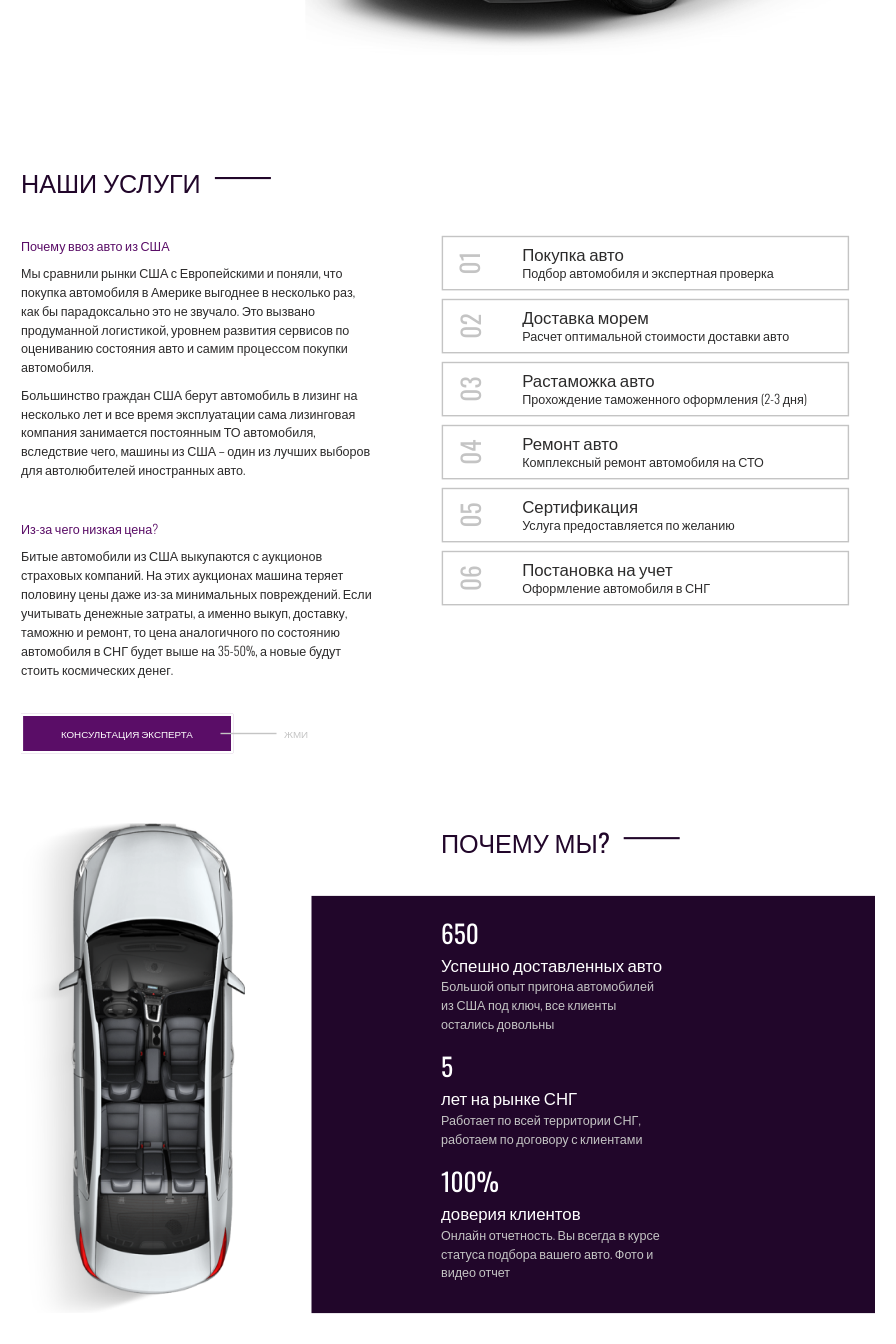
Repository: AlexandrLewandowski/site-1
Page: index.html
These files come from the project's save history. The page is drawn as it stood at one moment and after the next save; the edit follows.
The browser window is 1280 px wide. The pictures show the part of the page from y = 817 to 2737 px (the page is 4024 px tall before and 897 px after), at 70% of full size.

Above is the page before, as saved 2024-05-08 15:47:17.

### index.html
<!DOCTYPE html>
<html lang="en">

<head>
    <meta charset="UTF-8">
    <meta name="viewport" content="width=device-width, initial-scale=1.0">
    <meta http-equiv="X-UA-Compatible" content="ie=edge">
    <title>Mustang</title>
    <link rel="preconnect" href="https://fonts.googleapis.com">
    <link rel="preconnect" href="https://fonts.gstatic.com" crossorigin>
    <link href="https://fonts.googleapis.com/css2?family=Oswald:wght@300;400&display=swap" rel="stylesheet">
    <link rel="stylesheet" href="css/reset.css">
    <link rel="stylesheet" href="css/slick.css">
    <link rel="stylesheet" href="css/jquery.fancybox.css">
    <link rel="stylesheet" href="css/style.css">
</head>

<body>

    <header class="header">
        <div class="container">
            <div class="header__top">
                <a class="logo" href="#">
                    <img class="logo__img" src="images/logo.svg" alt="logo">
                </a>
                <a class="phone" href="tel:88005553535">8-800-555-35-35</a>
            </div>
            <div class="header__content">
                <h1 class="header__title">
                    Авто из США "под ключ"
                </h1>
                <h2 class="header__subtitle">
                    Закажи себе авто из США с выгодой до 40%
                </h2>
                <p class="header__text">
                    Покупка, доставка, растаможка, ремонт и оформление по договору
                </p>
                <a class="button" href="#">консультация эксперта</a>
                <div class="social header__social">
                    <a class="social__link" href="#">
                        <img class="social__img" src="images/icon/instagram.svg" alt="">
                    </a>
                    <a class="social__link" href="#">
                        <img class="social__img" src="images/icon/telegram.svg" alt="">
                    </a>
                    <a class="social__link" href="#">
                        <img class="social__img" src="images/icon/whatsapp.svg" alt="">
                    </a>
                    <a class="social__link" href="#">
                        <img class="social__img" src="images/icon/facebook.svg" alt="">
                    </a>
                </div>
                <img class="header__images" src="images/ford-mustang.png" alt="ford mustang">
            </div>
        </div>
    </header>

    <section class="services">
        <div class="container">
            <h2 class="title">Наши услуги</h2>
            <div class="services__inner">
                <div class="services__content">
                    <div class="services__content-box">
                        <h6 class="services__content-title">
                            Почему ввоз авто из США
                        </h6>
                        <div class="services__content-textbox">
                            <p class="services__content-text">
                                Мы сравнили рынки США с Европейскими и поняли, что покупка автомобиля в Америке выгоднее
                                в несколько раз, как бы парадоксально это не звучало. Это вызвано продуманной
                                логистикой, уровнем развития сервисов по оцениванию состояния авто и самим процессом
                                покупки автомобиля.
                            </p>
                            <p class="services__content-text">
                                Большинство граждан США берут автомобиль в лизинг на несколько лет и все время
                                эксплуатации сама лизинговая компания занимается постоянным ТО автомобиля, вследствие
                                чего, машины из США – один из лучших выборов для автолюбителей иностранных авто.
                            </p>
                        </div>
                    </div>
                    <div class="services__content-box">
                        <h6 class="services__content-title">
                            Из-за чего низкая цена?
                        </h6>
                        <div class="services__content-textbox">
                            <p class="services__content-text">
                                Битые автомобили из США выкупаются с аукционов страховых компаний. На этих аукционах
                                машина теряет половину цены даже из-за минимальных повреждений. Если учитывать денежные
                                затраты, а именно выкуп, доставку, таможню и ремонт, то цена аналогичного по состоянию
                                автомобиля в СНГ будет выше на 35-50%, а новые будут стоить космических денег.
                            </p>
                        </div>
                    </div>
                    <a class="button button--decor" href="#">консультация эксперта</a>
                </div>
                <ol class="services__list">
                    <li class="services__item">
                        <p class="services__item-title">Покупка авто</p>
                        <p class="services__item-text">Подбор автомобиля и экспертная проверка</p>
                    </li>
                    <li class="services__item">
                        <p class="services__item-title">Доставка морем</p>
                        <p class="services__item-text">Расчет оптимальной стоимости доставки авто</p>
                    </li>
                    <li class="services__item">
                        <p class="services__item-title">Растаможка авто</p>
                        <p class="services__item-text">Прохождение таможенного оформления (2-3 дня)</p>
                    </li>
                    <li class="services__item">
                        <p class="services__item-title">Ремонт авто</p>
                        <p class="services__item-text">Комплексный ремонт автомобиля на СТО</p>
                    </li>
                    <li class="services__item">
                        <p class="services__item-title">Сертификация</p>
                        <p class="services__item-text">Услуга предоставляется по желанию</p>
                    </li>
                    <li class="services__item">
                        <p class="services__item-title">Постановка на учет</p>
                        <p class="services__item-text">Оформление автомобиля в СНГ</p>
                    </li>
                </ol>
            </div>
        </div>
    </section>
    <section class="benefits">
        <div class="container">
            <div class="benefits__inner">
                <img CLASS="benefits__images" src="images/car.png" alt="car">
                <div class="benefits__content">
                    <h2 class="title benefits__title">Почему мы?</h2>
                    <ul class="benefits__list">
                        <li class="benefits__item">
                            <p class="benefits__item-num">
                                650
                            </p>
                            <p class="benefits__item-title">Успешно доставленных авто</p>
                            <p class="benefits__item-text">Большой опыт пригона автомобилей из США под ключ, все клиенты
                                остались довольны</p>
                        </li>
                        <li class="benefits__item">
                            <p class="benefits__item-num">
                                5
                            </p>
                            <p class="benefits__item-title">лет на рынке СНГ</p>
                            <p class="benefits__item-text">Работает по всей территории СНГ, работаем по договору с
                                клиентами</p>
                        </li>
                        <li class="benefits__item">
                            <p class="benefits__item-num">
                                100%
                            </p>
                            <p class="benefits__item-title">доверия клиентов</p>
                            <p class="benefits__item-text">Онлайн отчетность. Вы всегда в курсе статуса подбора вашего
                                авто. Фото и видео отчет</p>
                        </li>
                    </ul>
                </div>
            </div>
        </div>
    </section>
    <section class="carousel">
        <div class="container">
            <h2 class="title">
                Пригнанные нами авто
            </h2>
            <div class="carousel__inner">
                <div class="carousel__item">
                    <div class="carousel__item-box">
                        <img class="carousel__item-img" src="images/carousel/1.jpg" alt="carousel1">
                        <h4 class="carousel__item-title">INFINITI WX50 2016г.</h4>
                        <p class="carousel__item-text">Экономия 4500$</p>
                    </div>
                </div>
                <div class="carousel__item">
                    <div class="carousel__item-box">
                        <img class="carousel__item-img" src="images/carousel/2.jpg" alt="carousel2">
                        <h4 class="carousel__item-title">TESLA MODEL 3 2018г.</h4>
                        <p class="carousel__item-text">Экономия 5500$</p>
                    </div>
                </div>
                <div class="carousel__item">
                    <div class="carousel__item-box">
                        <img class="carousel__item-img" src="images/carousel/3.jpg" alt="carousel3">
                        <h4 class="carousel__item-title">TESLA MODEL 3 2018г.</h4>
                        <p class="carousel__item-text">Экономия 5000$</p>
                    </div>
                </div>
                <div class="carousel__item">
                    <div class="carousel__item-box">
                        <img class="carousel__item-img" src="images/carousel/1.jpg" alt="carousel1">
                        <h4 class="carousel__item-title">INFINITI QX50 2017г.</h4>
                        <p class="carousel__item-text">Экономия 5000$</p>
                    </div>
                </div>
                <div class="carousel__item-box">
                    <img class="carousel__item-img" src="images/carousel/2.jpg" alt="carousel2">
                    <h4 class="carousel__item-title">INFINITI WX50 2016г.</h4>
                    <p class="carousel__item-text">Экономия 4500$</p>
                </div>
                <div class="carousel__item">
                    <div class="carousel__item-box">
                        <img class="carousel__item-img" src="images/carousel/3.jpg" alt="carousel3">
                        <h4 class="carousel__item-title">TESLA MODEL 3 2018г.</h4>
                        <p class="carousel__item-text">Экономия 5500$</p>
                    </div>
                </div>
                <div class="carousel__item">
                    <div class="carousel__item-box">
                        <img class="carousel__item-img" src="images/carousel/1.jpg" alt="carousel1">
                        <h4 class="carousel__item-title">TESLA MODEL 3 2018г.</h4>
                        <p class="carousel__item-text">Экономия 4500$</p>
                    </div>
                </div>
                <div class="carousel__item">
                    <div class="carousel__item-box">
                        <img class="carousel__item-img" src="images/carousel/2.jpg" alt="carousel2">
                        <h4 class="carousel__item-title">INFINITI QX50 2017г.</h4>
                        <p class="carousel__item-text">Экономия 5000$</p>
                    </div>
                </div>
            </div>
        </div>
    </section>
    <section class="contacts">
        <div class="container">
            <div class="contacts__inner">
                <div class="contacts__info">
                    <h2 class="title">
                        Контакты
                    </h2>
                    <ul class="contacts__list">
                        <li class="contacts__item">
                            <p class="contacts__item-title">Адрес</p>
                            <p class="contacts__item-text">г. Москва<br> ул. Академика Королёва, д. 12</p>
                        </li>
                        <li class="contacts__item">
                            <p class="contacts__item-title">Время работы</p>
                            <p class="contacts__item-text">Пн-Сб: с 09:00 до 19:00,<br>
                                Вс: выходной
                            </p>
                        </li>
                        <li class="contacts__item">
                            <p class="contacts__item-title">Телефон</p>
                            <p class="contacts__item-text">8-800-555-35-35</p>
                        </li>
                    </ul>
                </div>
                <form action="" class="contacts__form">
                    <h2 class="title contacts__title">Оставить заявку</h2>
                    <input class="contacts__input" type="text" placeholder="Как Вас зовут">
                    <input class="contacts__input" type="text" placeholder="Ваш номер телефона">
                    <button class="contacts__btn button" type="submit">Отправить заявку</button>
                </form>
            </div>
        </div>
    </section>
    <footer class="footer">
        <div class="container">
            <div class="footer__inner">
                <a class="logo" href="#">
                    <img class="logo__img" src="images/logo.svg" alt="logo">
                </a>
                <div class="social">
                    <a class="social__link" href="#">
                        <img class="social__img" src="images/icon/instagram.svg" alt="">
                    </a>
                    <a class="social__link" href="#">
                        <img class="social__img" src="images/icon/telegram.svg" alt="">
                    </a>
                    <a class="social__link" href="#">
                        <img class="social__img" src="images/icon/whatsapp.svg" alt="">
                    </a>
                    <a class="social__link" href="#">
                        <img class="social__img" src="images/icon/facebook.svg" alt="">
                    </a>
                </div>
                <a class="footer__copy">Политика конфиденциальности</a>
            </div>
        </div>
    </footer>

    <script src="https://ajax.googleapis.com/ajax/libs/jquery/3.4.1/jquery.min.js"></script>
    <script src="js/slick.min.js"></script>
    <script src="js/jquery.fancybox.min.js"></script>
    <script src="js/main.js"></script>
</body>

</html>

### css/style.css
*,
*::after *::before {
    box-sizing: border-box;
}

body {
    font-family: "Oswald", sans-serif;
    font-size: 18px;
    line-height: 27px;
    font-weight: 300;
    color: #2C2B2B;
}

a {
    text-decoration: none;
    color: inherit;
    display: inline-block;
}

.container {
    max-width: 1220px;
    margin: 0 auto;
    padding: 0 10px;
}

.header {
    background-image: url(../images/header-bg.jpg);
    background-repeat: no-repeat;
    background-size: cover;
    background-position: top center;
    min-height: 700px;
    color: #fff;
}

.header__top {
    padding: 47px 0 46px;
    display: flex;
    justify-content: space-between;
    align-items: center;
}

.phone {
    font-weight: 400;
    font-size: 36px;
    line-height: 54px;
}

.header__content {
    padding-top: 60px;
    position: relative;
}

.header__title {
    font-size: 72px;
    font-weight: 400;
    line-height: 107px;
    text-transform: uppercase;
}

.header__subtitle {
    font-size: 36px;
    line-height: 54px;
    font-weight: 400;
    text-transform: uppercase;
    margin-bottom: 30px;
}

.header__text {
    margin-bottom: 30px;
    max-width: 800px;
}

.button {
    font-size: 14px;
    line-height: 21px;
    text-transform: uppercase;
    padding: 14px 54px 15px;
    background-color: #5A0D67;
    transition: all .5s;
}

.button:hover {
    color: #5A0D67;
    background-color: #fff;
}

.header__social {
    padding: 70px 0 20px 70px;
}

.social {
    display: flex;
    align-items: center;
}

.social__link {
    margin: 0 5px;
}

.header__images {
    position: absolute;
    right: 0;
    bottom: -265px;
}

.services {
    padding-top: 350px;
}

.title {
    color: #21062A;
    font-size: 36px;
    line-height: 54px;
    font-weight: 400;
    text-transform: uppercase;
    margin-bottom: 50px;
    position: relative;
}

.title::after {
    content: '';
    width: 80px;
    height: 3px;
    background-color: #21062A;
    position: absolute;
    top: 20px;
    margin-left: 20px;
}

.services__inner {
    display: flex;
    margin-bottom: 100px;
}

.services__content {
    width: 505px;
    margin-right: 96px;
}


.services__content-title {
    color: #5A0D67;
    font-size: 18px;
    line-height: 27px;
    font-weight: 300;
    margin-bottom: 12px;
}

.services__content-textbox {
    margin-bottom: 57px;
}

.services__content-text {
    margin-bottom: 12px;
}

.button--decor {
    margin-top: -7px;
    color: #fff;
    border: solid;
    position: relative;
}

.button--decor::after {
    content: 'ЖМИ';
    color: #c4c4c4;
    margin-left: 130px;
    position: absolute;
}

.button--decor::before {
    content: '';
    width: 80px;
    height: 2px;
    background-color: #c4c4c4;
    position: absolute;
    right: -65px;
    top: 24px;
}

.services__list {
    list-style: none;
    counter-reset: my-counter;
}

.services__item {
    counter-increment: my-counter;
    border: 2px solid #c4c4c4;
    margin-bottom: 12px;
    width: 450px;
    padding: 10px 15px 10px 113px;
    position: relative;
    transition: all .5s;
    cursor: pointer;
}

.services__item::before {
    content: '0'counter(my-counter);
    position: absolute;
    left: 20px;
    font-size: 36px;
    line-height: 54px;
    font-weight: 400;
    color: #c4c4c4;
    transform: rotate(270deg);
    transition: all .5s;
}

.services__item:hover {
    border: 2px solid #5a0D67;
}

.services__item:hover services__item-title {
    color: #5A0D67;
    width: 500px;
}

.services__item:hover::before {
    color: #5A0D67;
}

.services__item-title {
    font-size: 24px;
    font-weight: 300;
}

.benefits {
    margin-bottom: 100px;
}

.benefits__inner {
    display: flex;
}

.benefits__images {
    margin-right: 95px;
}

.benefits__content {
    width: 100%;
    color: #fff;
}

.benefits__title {
    margin-left: 185px;
}

.benefits__list {
    list-style: none;
    background-color: #21062A;
    padding: 25px 0 25px 185px;
}

.benefits__item {
    width: 320px;
    margin-bottom: 20px;
}

.benefits__item-num {
    font-size: 36px;
    line-height: 54px;
    font-weight: 400;
}

.benefits__item-title {
    font-size: 24px;
    line-height: 36px;
    font-weight: 300;
}

.benefits__item-text {
    color: #c4c4c4;

}

.carousel {
    margin-bottom: 100px;
}

.carousel__inner {
    margin: 0 -7px;
}

.carousel__item {
    margin: 0 7px;
}

.carousel__item-box {
    border: 1px solid #c4c4c4;
    padding: 6px 6px 16px 6px;
    text-align: center;
}

.carousel__item-box:hover {
    color: #fff;
    background-color: #5a0D67;
    border-color: #5A0D67;
    transition: all .5s;
}

.carousel__item-img {
    width: 100%;
    margin-bottom: 23px;
}

.carousel__item-title {
    font-weight: 300;
    margin-bottom: 5px;
}

.carousel .slick-dots {
    display: flex;
    justify-content: center;
    margin-top: 50px;
    list-style: none;
}

.carousel .slick-dots button {
    font-size: 0;
    border: none;
    padding: 0;
    margin: 0 10px;
    background-color: #c4c4c4;
    height: 1px;
    width: 50px;
}

.carousel .slick-active button {
    background-color: #5A0D67;
    height: 3px;
}

.contacts__inner {
    display: flex;
    justify-content: space-between;
}

.contacts__list {
    list-style: none;
}

.contacts__item {
    margin-bottom: 20px;
}

.contacts__item-title {
    color: #5A0D67;
}

.contacts__form {
    background-color: #210621;
    padding: 50px 75px 57px;
    text-align: center;
}

.contacts__title {
    color: #fff;
    margin-bottom: 16px;
    margin-left: 53px;
    text-align: left;
}

.contacts__title::after {
    background-color: #fff;
}

.contacts__input {
    background-color: transparent;
    width: 450px;
    height: 75px;
    color: #fff;
    border: 1px solid #fff;
    margin-bottom: 12px;
    display: block;
    font-size: 25px;
    padding: 0 15px;
    text-align: center;
}

.contacts__input::placeholder {
    text-align: center;
    font-family: 'Oswald', sans-serif;
    font-size: 18px;
    line-height: 27px;
    font-weight: 300;
    color: #c4c4c4;
}

.contacts__btn {
    border: none;
    color: #fff;
    margin-top: 78px;
    cursor: pointer;
}

.footer {
    background-color: #210621;
}

.footer__inner {
    display: flex;
    justify-content: space-between;
    align-items: center;
    color: #fff;
    height: 100px;
}

@media (max-width: 1200px) {}

### js/main.js
$(function () {

    $('.carousel__inner').slick({
        arrows: false,
        dots: true,
        slidesToShow: 3
    });


});

Loaded but not shown: css/reset.css (common file); css/slick.css (common file); css/jquery.fancybox.css (library); js/slick.min.js (library); js/jquery.fancybox.min.js (library)

After the next save:
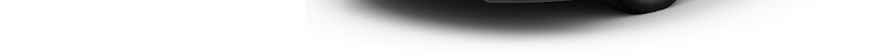
Saved 6 min 0 s later.
--- a/index.html
+++ b/index.html
@@ -55,7 +55,7 @@
         </div>
     </header>
 
-    <section class="services">
+    <!-- <section class="services">
         <div class="container">
             <h2 class="title">Наши услуги</h2>
             <div class="services__inner">
@@ -277,7 +277,7 @@
                 <a class="footer__copy">Политика конфиденциальности</a>
             </div>
         </div>
-    </footer>
+    </footer> -->
 
     <script src="https://ajax.googleapis.com/ajax/libs/jquery/3.4.1/jquery.min.js"></script>
     <script src="js/slick.min.js"></script>
